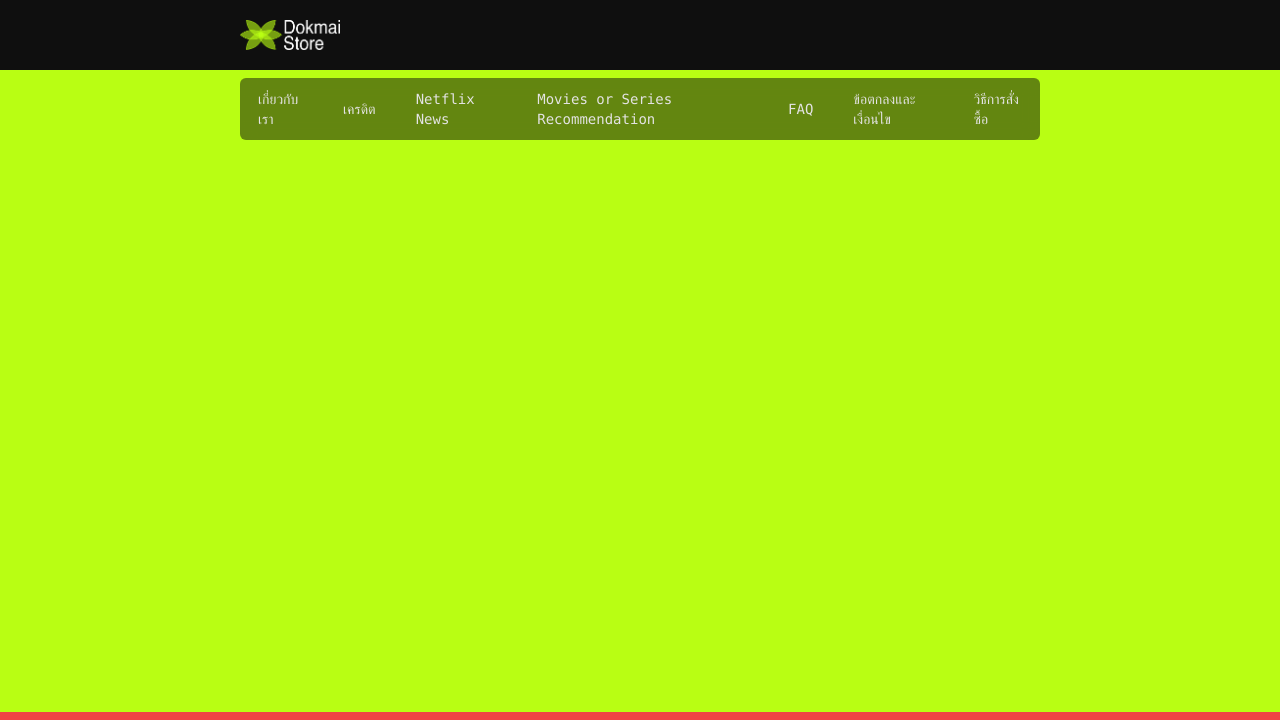
Repository: 0981237197640128312768320198372/oakdoiaj9w28wdumoakwd2398dijkamd3298udijnasd82yt2384772390823947
Page: /
These files come from the project's save history. The page is drawn as it stood at one moment and after the next save; the edit follows.
The browser window is 1280 px wide. The pictures show the whole page.
The project was rebuilt for these pictures with package versions that can differ from the ones it lists, and the page was loaded fresh each time. The framework's server and built-in components were replaced by stand-ins that run in the browser. Also part of the build but not shown: next.config.mjs, constant/index.tsx.

Above is the page before, as saved 2024-09-29 00:48:21.

### app/layout.tsx
/* eslint-disable @typescript-eslint/no-unused-vars */
import type { Metadata } from "next"
import "../styles/globals.css"
import Navbar from "@/components/Navbar"
export const metadata: Metadata = {
  title: "บัญชี Netflix Premium คุณภาพสูง | Dokmai Store",
  description:
    "แพลตฟอร์มสินค้าดิจิทัลที่ดีที่สุดในประเทศไทย สำหรับทุกคนที่ต้องการ Netflix Premium ราคาถูกและคุณภาพดี ที่ Dokmai Store เราเป็นผู้ขายอันดับหนึ่งในไทย พร้อมการันตีคุณภาพการใช้งานตลอดอายุการใช้งาน ด้วยบริการที่เชื่อถือได้ ตอบกลับลูกค้าอย่างรวดเร็วภายใน 10 นาที และไม่เกิน 24 ชั่วโมง พร้อมช่วยแก้ไขปัญหาทุกอย่างเพื่อให้คุณได้รับประสบการณ์การดูหนังและซีรีส์ที่ดีที่สุด",
  icons: {
    icon: "./favicon.ico",
    apple: "./apple-touch-icon.png",
  },
  keywords:
    "Netflix Premium, บัญชี Netflix, บริการสตรีมมิ่ง, ดูหนังออนไลน์, ดูซีรีส์, บัญชีราคาถูก, Dokmai Store, ซื้อ Netflix ราคาถูก, บัญชี Netflix ราคาถูก, บัญชี Netflix คุณภาพดี, บริการลูกค้าไว, Netflix Premium, Netflix, Premium, Netflix Account, Account, Netflix Access, Dokmai, Store, Dokmai Store, Digital Product, Premium App, Streaming Service, Service, Streaming, Movie, Movies, Series, Action, Comedy, Drama, Romantic, Watching, Netflix Series, Netflix Movie, Cheap, Cheap Price, High Quality, Good Quality, Quality, Fast Service, Fast Response, Trustable, Reliable, Affordable, เน็ตฟลิกซ์พรีเมียม, เน็ตฟลิกซ์, พรีเมียม, บัญชีเน็ตฟลิกซ์, บัญชี, แอคเค้าท์เน็ตฟลิกซ์,  แอคเค้าท์, เน็ตฟลิกซ์ Access, ดอกไม้สโตร์, ดอกไม้, สโตร์, ร้านค้า, สินค้าดิจิทัล, สินค้าดิจิตอล, แอพพรีเมียม, บริการสตรีมมื่ง, บริการ, สตรีมมิ่ง, หนัง, ดูหนัง, ซีรีย์, ดูซีรีย์, ดู, ซีรีย์เน็ตฟลิกซ์, ซีรีย์ Netflix, Series เน็ตฟลิกซ์, หนังเน็ตฟลิกซ์, หนัง Netflix, ราคาถูก, ราคาดี, ถูก, คุณภาพดี, คุณภาพสูง, คุณภาพ, บริการเร็ว, บริการไว, บริการดี, ตอบเร็ว, ตอบไว, น่าเชื่อถือ, เชื่อถือได้",
  openGraph: {
    type: "website",
    url: "https://www.dokmaistore.com",
    title: "บัญชี Netflix Premium คุณภาพสูง | Dokmai Store",
    description:
      "แพลตฟอร์มสินค้าดิจิทัลที่ดีที่สุดในประเทศไทย สำหรับทุกคนที่ต้องการ Netflix Premium ราคาถูกและคุณภาพดีที่ Dokmai Store เราเป็นผู้ขายอันดับหนึ่งในไทย พร้อมการันตีคุณภาพการใช้งานตลอดอายุการใช้งาน ด้วยบริการที่เชื่อถือได้ ตอบกลับลูกค้าอย่างรวดเร็วภายใน 10 นาที และไม่เกิน 24 ชั่วโมง พร้อมช่วยแก้ไขปัญหาทุกอย่างเพื่อให้คุณได้รับประสบการณ์การดูหนังและซีรีส์ที่ดีที่สุด",
    images: [
      {
        url: "https://www.dokmaistore.com/og-dokmaistore.jpg",
        width: 1200,
        height: 630,
        alt: "Netflix Premium คุณภาพสูง ราคาถูก ที่ Dokmai Store",
      },
    ],
    siteName: "Dokmai Store",
  },
  twitter: {
    card: "summary_large_image",
    site: "@DokmaiStore",
    title: "บัญชี Netflix Premium คุณภาพสูง | Dokmai Store",
    description:
      "แพลตฟอร์มสินค้าดิจิทัลที่ดีที่สุดในประเทศไทย สำหรับทุกคนที่ต้องการ Netflix Premium ราคาถูกและคุณภาพดีที่ Dokmai Store เราเป็นผู้ขายอันดับหนึ่งในไทย พร้อมการันตีคุณภาพการใช้งานตลอดอายุการใช้งาน ด้วยบริการที่เชื่อถือได้ ตอบกลับลูกค้าอย่างรวดเร็วภายใน 10 นาที และไม่เกิน 24 ชั่วโมง พร้อมช่วยแก้ไขปัญหาทุกอย่างเพื่อให้คุณได้รับประสบการณ์การดูหนังและซีรีส์ที่ดีที่สุด",
    images: [
      {
        url: "https://www.dokmaistore.com/og-dokmaistore.jpg",
        alt: "Netflix Premium คุณภาพสูง ราคาถูก ที่ Dokmai Store",
      },
    ],
  },
  alternates: {
    canonical: "https://www.dokmaistore.com",
    languages: {
      "th-TH": "https://www.dokmaistore.com/th",
    },
  },
}

export default function RootLayout({
  children,
}: Readonly<{
  children: React.ReactNode
}>) {
  return (
    <html lang='en' className='!scroll-smooth'>
      <body className='antialiased font-mono min-h-screen bg-dark-800 text-light-200'>
        <Navbar />
        <div className='flex flex-col justify-start items-center w-full h-screen p-10 lg:px-60 pt-20 bg-primary'>
          {children}
        </div>
        <div className='w-full h-2 fixed bottom-0 bg-green-500 sm:bg-yellow-500 md:bg-orange-500 lg:bg-red-500' />
      </body>
    </html>
  )
}

### app/(root)/layout.tsx
/* eslint-disable @typescript-eslint/no-unused-vars */
import type { Metadata } from "next"
import "../../styles/globals.css"

export const metadata: Metadata = {
  title: "Dokmai Store - High Quality Account Netflix Premium",
  description: "watch series now website for payment",
}

export default function RootLayout({
  children,
}: Readonly<{
  children: React.ReactNode
}>) {
  return (
    <html lang='en'>
      <body className='antialiased font-mono min-h-screen bg-dark-800 text-light-200'>
        <div className='flex flex-col justify-center items-center w-full p-10 h-screen'>
          {children}
        </div>
        {/* <div className='w-full h-2 fixed bottom-0 bg-green-500 sm:bg-yellow-500 md:bg-orange-500 lg:bg-red-500' /> */}
      </body>
    </html>
  )
}

### app/(root)/(home)/page.tsx
import HeroSection from "@/components/HeroSection"
import { TextHoverEffect } from "@/components/ui/text-hover-effect"

export default function Home() {
  return (
    <main className='flex flex-col'>
      <div className='flex justify-center items-center'>
        <TextHoverEffect text='DOKMAI' />
      </div>
      <HeroSection />
    </main>
  )
}

### styles/globals.css
@tailwind base;
@tailwind components;
@tailwind utilities;

@font-face {
  font-family: "dokmai-light";
  src: url("../assets/fonts/dokmai-light.ttf") format("woff2");
}
@font-face {
  font-family: "dokmai-regular";
  src: url("../assets/fonts/dokmai-regular.ttf") format("woff2");
}
@font-face {
  font-family: "dokmai-italic";
  src: url("../assets/fonts/dokmai-italic.ttf") format("woff2");
}
@font-face {
  font-family: "dokmai-bold";
  src: url("../assets/fonts/dokmai-bold.ttf") format("woff2");
}
@font-face {
  font-family: "dokmai-bold-italic";
  src: url("../assets/fonts/dokmai-bold-italic.ttf") format("woff2");
}
@font-face {
  font-family: "dokmai-bold-rounded";
  src: url("../assets/fonts/dokmai-bold-rounded.otf") format("woff2");
}
@font-face {
  font-family: "AktivGrotesk";
  font-weight: 900;
  font-style: normal;
  src: url("../assets/fonts/AktivGrotesk-Black.otf") format("opentype");
}

@font-face {
  font-family: "AktivGrotesk";
  font-weight: 900;
  font-style: italic;
  src: url("../assets/fonts/AktivGrotesk-BlackItalic.otf") format("opentype");
}

@font-face {
  font-family: "AktivGrotesk";
  font-weight: 700;
  font-style: normal;
  src: url("../assets/fonts/AktivGrotesk-Bold.otf") format("opentype");
}

@font-face {
  font-family: "AktivGrotesk";
  font-weight: 700;
  font-style: italic;
  src: url("../assets/fonts/AktivGrotesk-BoldItalic.otf") format("opentype");
}

@font-face {
  font-family: "AktivGrotesk";
  font-weight: 100;
  font-style: normal;
  src: url("../assets/fonts/AktivGrotesk-Hairline.otf") format("opentype");
}

@font-face {
  font-family: "AktivGrotesk";
  font-weight: 100;
  font-style: italic;
  src: url("../assets/fonts/AktivGrotesk-HairlineItalic.otf") format("opentype");
}

@font-face {
  font-family: "AktivGrotesk";
  font-weight: 400;
  font-style: italic;
  src: url("../assets/fonts/AktivGrotesk-Italic.otf") format("opentype");
}

@font-face {
  font-family: "AktivGrotesk";
  font-weight: 300;
  font-style: normal;
  src: url("../assets/fonts/AktivGrotesk-Light.otf") format("opentype");
}

@font-face {
  font-family: "AktivGrotesk";
  font-weight: 300;
  font-style: italic;
  src: url("../assets/fonts/AktivGrotesk-LightItalic.otf") format("opentype");
}

@font-face {
  font-family: "AktivGrotesk";
  font-weight: 500;
  font-style: normal;
  src: url("../assets/fonts/AktivGrotesk-Medium.otf") format("opentype");
}

@font-face {
  font-family: "AktivGrotesk";
  font-weight: 500;
  font-style: italic;
  src: url("../assets/fonts/AktivGrotesk-MediumItalic.otf") format("opentype");
}

@font-face {
  font-family: "AktivGrotesk";
  font-weight: 400;
  font-style: normal;
  src: url("../assets/fonts/AktivGrotesk-Regular.otf") format("opentype");
}

@font-face {
  font-family: "AktivGrotesk";
  font-weight: 200;
  font-style: normal;
  src: url("../assets/fonts/AktivGrotesk-Thin.otf") format("opentype");
}

@font-face {
  font-family: "AktivGrotesk";
  font-weight: 200;
  font-style: italic;
  src: url("../assets/fonts/AktivGrotesk-ThinItalic.otf") format("opentype");
}

@font-face {
  font-family: "AktivGrotesk";
  font-weight: 800;
  font-style: normal;
  src: url("../assets/fonts/AktivGrotesk-XBold.otf") format("opentype");
}

@font-face {
  font-family: "AktivGrotesk";
  font-weight: 800;
  font-style: italic;
  src: url("../assets/fonts/AktivGrotesk-XBoldItalic.otf") format("opentype");
}

.__stroke {
  font-size: 48px; /* Adjust the size as needed */
  -webkit-text-stroke: 0.5px #b9fe13; /* 1px stroke with black color */
  color: transparent; /* Makes the fill transparent */
}

a:focus,
button:focus,
img:focus {
  @apply focus:outline-none focus:ring-[0.5px] focus:ring-primary focus:border-primary;
}

### components/Navbar.tsx
"use client"

import React, { useState, useEffect } from "react"
import { usePathname } from "next/navigation"
import Link from "next/link"
import MobileNav from "./MobileNav"
import Image from "next/image"
import dokmaiwithtext from "@/assets/images/dokmaiwithtext.png"
import dokmailogo from "@/assets/images/dokmailogo.png"
import { navButtons } from "@/constant"

const Navbar = () => {
  const path = usePathname()

  const [prevScrollPos, setPrevScrollPos] = useState(0)
  // eslint-disable-next-line @typescript-eslint/no-unused-vars
  const [scrollToTopVisible, setScrollToTopVisible] = useState(false)
  const [visible, setVisible] = useState(true)
  const handleScroll = () => {
    const currentScrollPos = window.pageYOffset
    const isScrollingDown = prevScrollPos < currentScrollPos
    if (currentScrollPos <= 0) {
      // If at the top of the page, make the navbar always visible
      setVisible(true)
      setScrollToTopVisible(false)
    } else {
      setVisible(isScrollingDown)
      setScrollToTopVisible(currentScrollPos > 350)
    }
    setPrevScrollPos(currentScrollPos)
  }
  useEffect(() => {
    window.addEventListener("scroll", handleScroll)
    return () => {
      window.removeEventListener("scroll", handleScroll)
    }
  })

  return (
    <nav
      className={`fixed flex flex-col items-start justify-center top-0 left-0 w-full transition-transform duration-500 z-50 transform  ${
        visible ? "translate-y-0" : "-translate-y-full"
      } z-10`}
    >
      <div className='w-full gap-10 bg-dark-800 py-5 flex px-10 lg:px-60 justify-between duration-1000 items-center '>
        <Link href='/' className='flex select-none items-center gap-1 w-fit'>
          <Image
            width={100}
            height={100}
            src={dokmaiwithtext}
            alt='Dokmai Store'
            className='duration-700 hidden lg:block'
          />
          <Image
            width={60}
            height={60}
            src={dokmailogo}
            alt='Dokmai Store'
            className='duration-700 lg:hidden'
          />
        </Link>
        <div className='flex items-center justify-end gap-5'>
          <div className='justify-center items-center gap-3 md:gap-5 lg:gap-5 hidden max-md:flex'>
            <MobileNav />
          </div>
        </div>
      </div>
      <div className='w-full gap-10 pt-2 flex px-10 lg:px-60 justify-between duration-1000 items-center'>
        <div className='flex w-full justify-between items-center bg-dark-800/50 backdrop-blur rounded-md max-md:hidden lg:text-md p-2'>
          <div className=' w-full flex gap-5 justify-between items-center text-white'>
            {navButtons.map((nav, i) => (
              <Link
                href={nav.url}
                key={i}
                className={`text-light-200 flex-col-reverse py-[3px] px-[10px] rounded-sm md:text-sm font-medium group duration-200 ${
                  path === nav.url
                    ? "font-black transition-transform duration-700 "
                    : ""
                }${path === nav.url ? " text-primary" : " hover:text-primary"}`}
              >
                {nav.title}
              </Link>
            ))}
          </div>
        </div>
      </div>
    </nav>
  )
}

export default Navbar

### components/HeroSection.tsx
"use client"

import React from "react"

const HeroSection = () => {
  return (
    <section
      id='HeroSection'
      className='flex flex-col justify-center items-center'
    >
      <div className='hero bg-cover bg-center h-screen flex flex-col justify-center items-center text-center px-4'>
        <h1 className='text-4xl md:text-6xl font-bold text-white mb-4'>
          Watch More Series, Spend Less Money
        </h1>
        <p className='text-xl md:text-2xl text-gray-200 max-w-xl mx-auto mb-6'>
          Get Netflix Premium and other top streaming apps without breaking the
          bank. Enjoy more shows and movies for less, only at Dokmai Store.
        </p>
        <button className='bg-red-600 text-white px-6 py-3 rounded-full hover:bg-red-700 transition duration-300'>
          Start Watching Today
        </button>
      </div>
    </section>
  )
}

export default HeroSection

### components/MobileNav.tsx
/* eslint-disable @typescript-eslint/no-unused-vars */
import { navButtons } from "@/constant"
import Link from "next/link"
import { usePathname } from "next/navigation"
import { CiMenuBurger } from "react-icons/ci"
import { Drawer, DrawerContent, DrawerTrigger } from "@/components/ui/drawer"

const MobileNav = () => {
  const path = usePathname()
  return (
    <Drawer>
      <DrawerTrigger className='hidden max-md:flex dark:hover:bg-white/10 hover:bg-black/5 p-2'>
        <CiMenuBurger className='duration-500 text-dark-800 dark:text-primary text-3xl' />
      </DrawerTrigger>
      <DrawerContent className='bg-gray-200 dark:bg-dark-600 border-none px-5 pb-5 gap-10'>
        <div className='flex flex-col justify-start items-start'>
          <p className='font-mono text-xs tracking-widest text-white/70'>
            Watch MORE Series, Spend LESS MONEY!
          </p>
          <span className='font-aktivGroteskBold text-4xl pt-1 __stroke'>
            DOKMAI STORE
          </span>
        </div>
        <div className='gap-5 flex flex-col justify-end items-end'>
          {navButtons.map((nav, i) => (
            <Link
              href={nav.url}
              key={i}
              className={`dark:text-gray-400 flex-col-reverse py-[3px] px-[10px] rounded-full md:text-sm font-medium group duration-200 w-fit ${
                path === nav.url
                  ? "font-black transition-transform duration-700 "
                  : ""
              }${
                path === nav.url
                  ? " dark:text-primary text-primary bg-primary/20"
                  : " hover:dark:text-primary hover:text-primary hover:bg-primary/20"
              }`}
            >
              {nav.title}
            </Link>
          ))}
        </div>
      </DrawerContent>
    </Drawer>
  )
}

export default MobileNav

### components/ui/drawer.tsx
"use client"

import * as React from "react"
import { Drawer as DrawerPrimitive } from "vaul"

const Drawer = ({
  shouldScaleBackground = true,
  ...props
}: React.ComponentProps<typeof DrawerPrimitive.Root>) => (
  <DrawerPrimitive.Root
    shouldScaleBackground={shouldScaleBackground}
    {...props}
  />
)
Drawer.displayName = "Drawer"

const DrawerTrigger = DrawerPrimitive.Trigger

const DrawerPortal = DrawerPrimitive.Portal

const DrawerClose = DrawerPrimitive.Close

const DrawerOverlay = React.forwardRef<
  React.ElementRef<typeof DrawerPrimitive.Overlay>,
  React.ComponentPropsWithoutRef<typeof DrawerPrimitive.Overlay>
>(({ className, ...props }, ref) => (
  <DrawerPrimitive.Overlay
    ref={ref}
    className={
      `fixed inset-0 z-50 bg-black/80 ${className}`}
    {...props}
  />
))
DrawerOverlay.displayName = DrawerPrimitive.Overlay.displayName

const DrawerContent = React.forwardRef<
  React.ElementRef<typeof DrawerPrimitive.Content>,
  React.ComponentPropsWithoutRef<typeof DrawerPrimitive.Content>
>(({ className, children, ...props }, ref) => (
  <DrawerPortal>
    <DrawerOverlay />
    <DrawerPrimitive.Content
      ref={ref}
      className={`fixed inset-x-0 bottom-0 z-50 mt-24 flex h-auto flex-col rounded-t-[10px] border border-neutral-200 bg-white dark:border-neutral-800 dark:bg-neutral-950 ${className}`
    }
      {...props}
    >
      <div className="mx-auto mt-4 h-2 w-[100px] rounded-full bg-neutral-100 dark:bg-neutral-800" />
      {children}
    </DrawerPrimitive.Content>
  </DrawerPortal>
))
DrawerContent.displayName = "DrawerContent"

const DrawerHeader = ({
  className,
  ...props
}: React.HTMLAttributes<HTMLDivElement>) => (
  <div
    className={`grid gap-1.5 p-4 text-center sm:text-left ${className}`}
    {...props}
  />
)
DrawerHeader.displayName = "DrawerHeader"

const DrawerFooter = ({
  className,
  ...props
}: React.HTMLAttributes<HTMLDivElement>) => (
  <div
    className={`mt-auto flex flex-col gap-2 p-4 ${className}`}
    {...props}
  />
)
DrawerFooter.displayName = "DrawerFooter"

const DrawerTitle = React.forwardRef<
  React.ElementRef<typeof DrawerPrimitive.Title>,
  React.ComponentPropsWithoutRef<typeof DrawerPrimitive.Title>
>(({ className, ...props }, ref) => (
  <DrawerPrimitive.Title
    ref={ref}
    className={`text-lg font-semibold leading-none tracking-tight ${className}`}
    {...props}
  />
))
DrawerTitle.displayName = DrawerPrimitive.Title.displayName

const DrawerDescription = React.forwardRef<
  React.ElementRef<typeof DrawerPrimitive.Description>,
  React.ComponentPropsWithoutRef<typeof DrawerPrimitive.Description>
>(({ className, ...props }, ref) => (
  <DrawerPrimitive.Description
    ref={ref}
    className={`text-sm text-neutral-500 dark:text-neutral-400 ${className}`}
    {...props}
  />
))
DrawerDescription.displayName = DrawerPrimitive.Description.displayName

export {
  Drawer,
  DrawerPortal,
  DrawerOverlay,
  DrawerTrigger,
  DrawerClose,
  DrawerContent,
  DrawerHeader,
  DrawerFooter,
  DrawerTitle,
  DrawerDescription,
}

### tailwind.config.ts
/* eslint-disable @typescript-eslint/no-unused-vars */
/* eslint-disable @typescript-eslint/no-var-requires */
/* eslint-disable prefer-const */
/* eslint-disable @typescript-eslint/no-explicit-any */
import type { Config } from "tailwindcss"
const defaultTheme = require("tailwindcss/defaultTheme")

const colors = require("tailwindcss/colors")
const {
  default: flattenColorPalette,
} = require("tailwindcss/lib/util/flattenColorPalette")

const config: Config = {
  content: [
    "./pages/**/*.{js,ts,jsx,tsx,mdx}",
    "./components/**/*.{js,ts,jsx,tsx,mdx}",
    "./app/**/*.{js,ts,jsx,tsx,mdx}",
  ],
  theme: {
    screens: {
      sm: "640px",
      // => @media (min-width: 640px) { ... }

      md: "768px",
      // => @media (min-width: 768px) { ... }

      lg: "1024px",
      // => @media (min-width: 1024px) { ... }

      xl: "1280px",
      // => @media (min-width: 1280px) { ... }

      "2xl": "1536px",
      // => @media (min-width: 1536px) { ... }
    },
    extend: {
      colors: {
        dark: {
          100: "#5E5E5E",
          200: "#545454",
          300: "#494949",
          400: "#3D3D3D",
          500: "#313131",
          600: "#232323",
          700: "#181818",
          800: "#0F0F0F",
        },
        light: {
          100: "#ECECEC",
          200: "#E4E4E4",
          300: "#D8D8D8",
          400: "#CCCCCC",
          500: "#BFBFBF",
          600: "#B5B5B5",
          700: "#A9A9A9",
          800: "#9B9B9B",
        },
        primary: "#b9fe13",
      },
      fontFamily: {
        // Dokmai Fonts
        dokmaiLight: ["'dokmai-light'", "sans-serif"],
        dokmaiRegular: ["'dokmai-regular'", "sans-serif"],
        dokmaiItalic: ["'dokmai-italic'", "sans-serif"],
        dokmaiBold: ["'dokmai-bold'", "sans-serif"],
        dokmaiBoldItalic: ["'dokmai-bold-italic'", "sans-serif"],
        dokmaiBoldRounded: ["'dokmai-bold-rounded'", "sans-serif"],

        // AktivGrotesk Fonts
        aktivGroteskBlack: ["'AktivGrotesk-Black'", "sans-serif"],
        aktivGroteskBlackItalic: ["'AktivGrotesk-BlackItalic'", "sans-serif"],
        aktivGroteskBold: ["'AktivGrotesk-Bold'", "sans-serif"],
        aktivGroteskBoldItalic: ["'AktivGrotesk-BoldItalic'", "sans-serif"],
        aktivGroteskHairline: ["'AktivGrotesk-Hairline'", "sans-serif"],
        aktivGroteskHairlineItalic: [
          "'AktivGrotesk-HairlineItalic'",
          "sans-serif",
        ],
        aktivGroteskItalic: ["'AktivGrotesk-Italic'", "sans-serif"],
        aktivGroteskLight: ["'AktivGrotesk-Light'", "sans-serif"],
        aktivGroteskLightItalic: ["'AktivGrotesk-LightItalic'", "sans-serif"],
        aktivGroteskMedium: ["'AktivGrotesk-Medium'", "sans-serif"],
        aktivGroteskMediumItalic: ["'AktivGrotesk-MediumItalic'", "sans-serif"],
        aktivGroteskRegular: ["'AktivGrotesk-Regular'", "sans-serif"],
        aktivGroteskThin: ["'AktivGrotesk-Thin'", "sans-serif"],
        aktivGroteskThinItalic: ["'AktivGrotesk-ThinItalic'", "sans-serif"],
        aktivGroteskXBold: ["'AktivGrotesk-XBold'", "sans-serif"],
        aktivGroteskXBoldItalic: ["'AktivGrotesk-XBoldItalic'", "sans-serif"],
      },
    },
  },
  plugins: [addVariablesForColors],
}
function addVariablesForColors({ addBase, theme }: any) {
  let allColors = flattenColorPalette(theme("colors"))
  let newVars = Object.fromEntries(
    Object.entries(allColors).map(([key, val]) => [`--${key}`, val])
  )

  addBase({
    ":root": newVars,
  })
}
export default config

Loaded but not shown: components/ui/text-hover-effect.tsx (134 lines, source omitted)

After the next save:
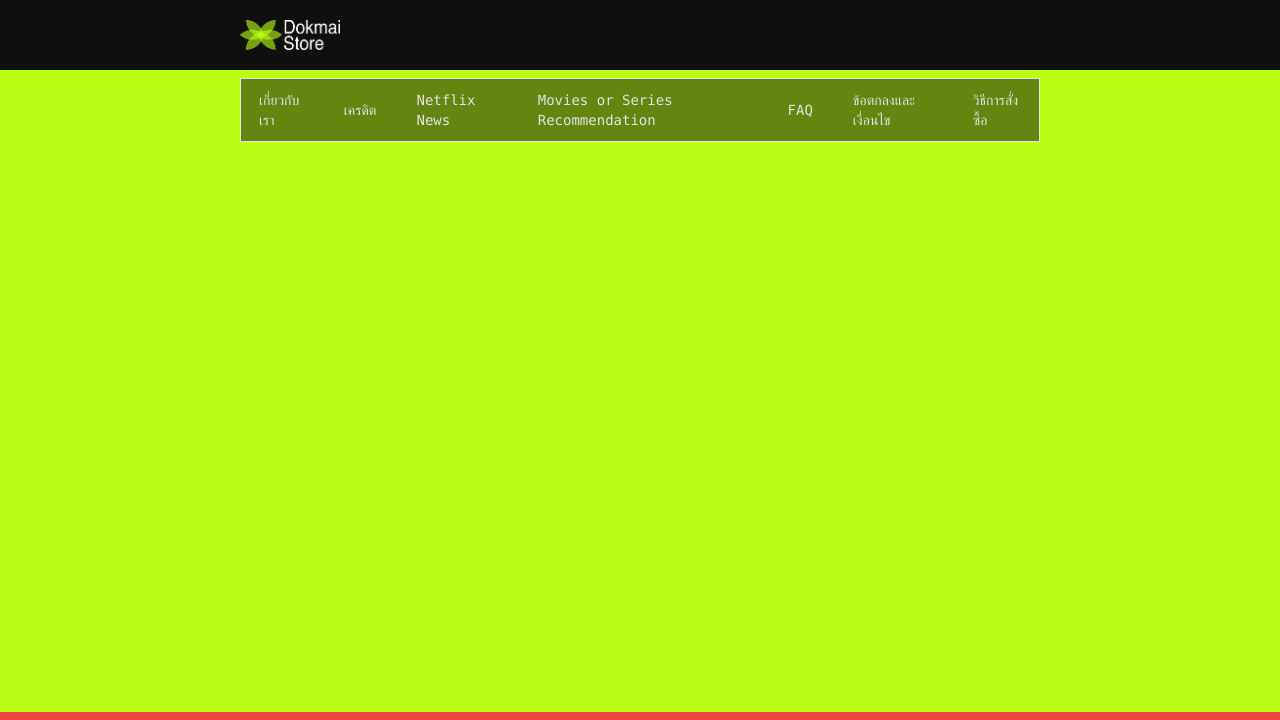
Saved 63 s later.
--- a/components/Navbar.tsx
+++ b/components/Navbar.tsx
@@ -66,7 +66,7 @@
         </div>
       </div>
       <div className='w-full gap-10 pt-2 flex px-10 lg:px-60 justify-between duration-1000 items-center'>
-        <div className='flex w-full justify-between items-center bg-dark-800/50 backdrop-blur rounded-md max-md:hidden lg:text-md p-2'>
+        <div className='flex w-full justify-between items-center bg-dark-800/50 backdrop-blur border border-t-[1px border-primary] max-md:hidden lg:text-md p-2'>
           <div className=' w-full flex gap-5 justify-between items-center text-white'>
             {navButtons.map((nav, i) => (
               <Link
